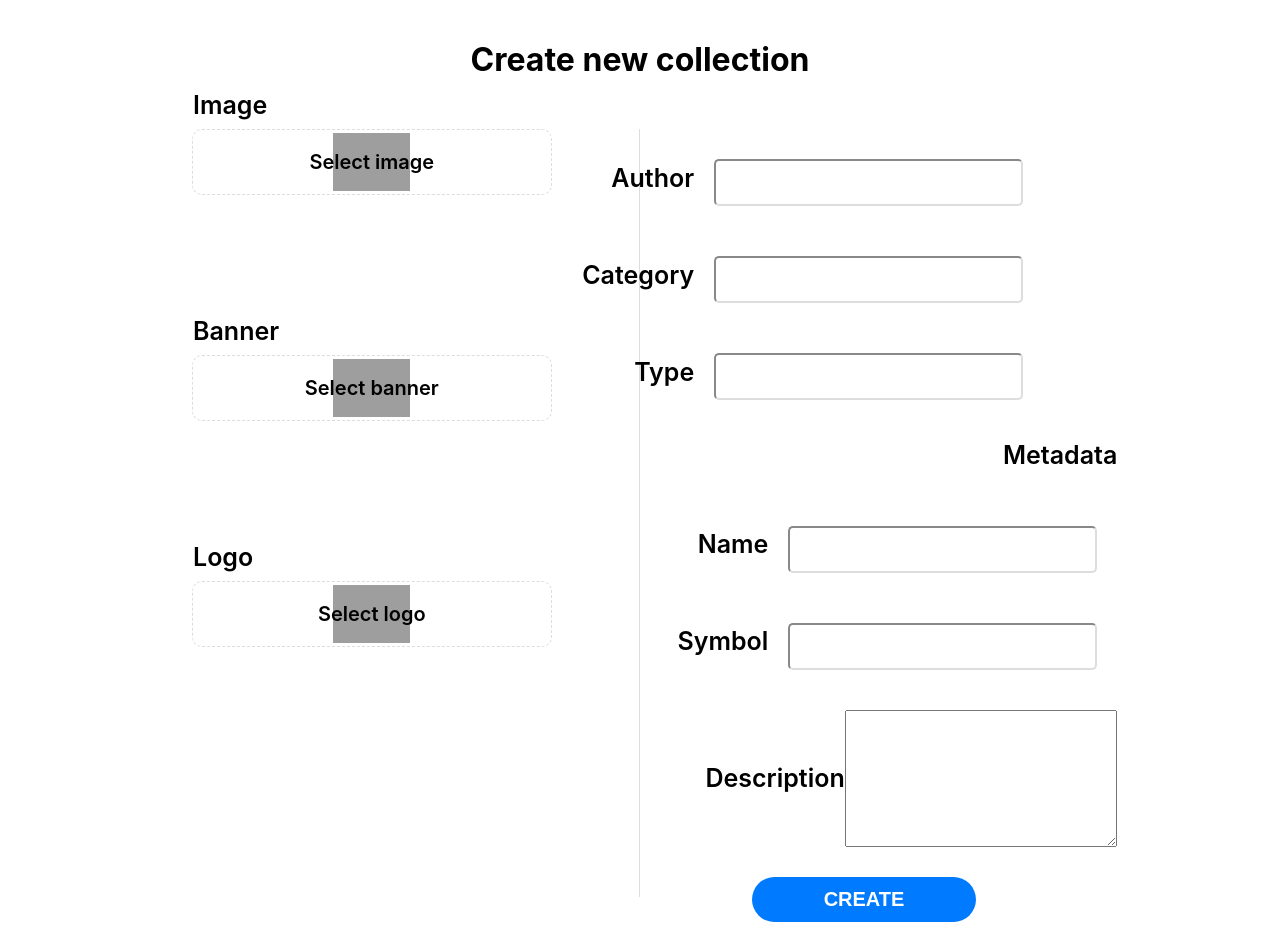
Repository: superHotBob/admin_nftillion
Page: /createcollection
These files come from the project's save history. The page is drawn as it stood at one moment and after the next save; the edit follows.
The browser window is 1280 px wide. The pictures show the whole page.
Pictures or frames that could not be fetched are drawn as grey boxes. The project was rebuilt for these pictures with package versions that can differ from the ones it lists, and the page was loaded fresh each time. Also part of the build but not shown: src/components/Login/styles.scss, src/components/Login/index.js, src/components/NavPanel/styles.scss, src/components/NavPanel/index.js, src/components/Users/index.js, src/components/Collections/index.js, src/components/Preminted/styles.scss, src/components/Preminted/index.js.

Above is the page before, as saved 2022-04-27 08:25:28.

After the next save:
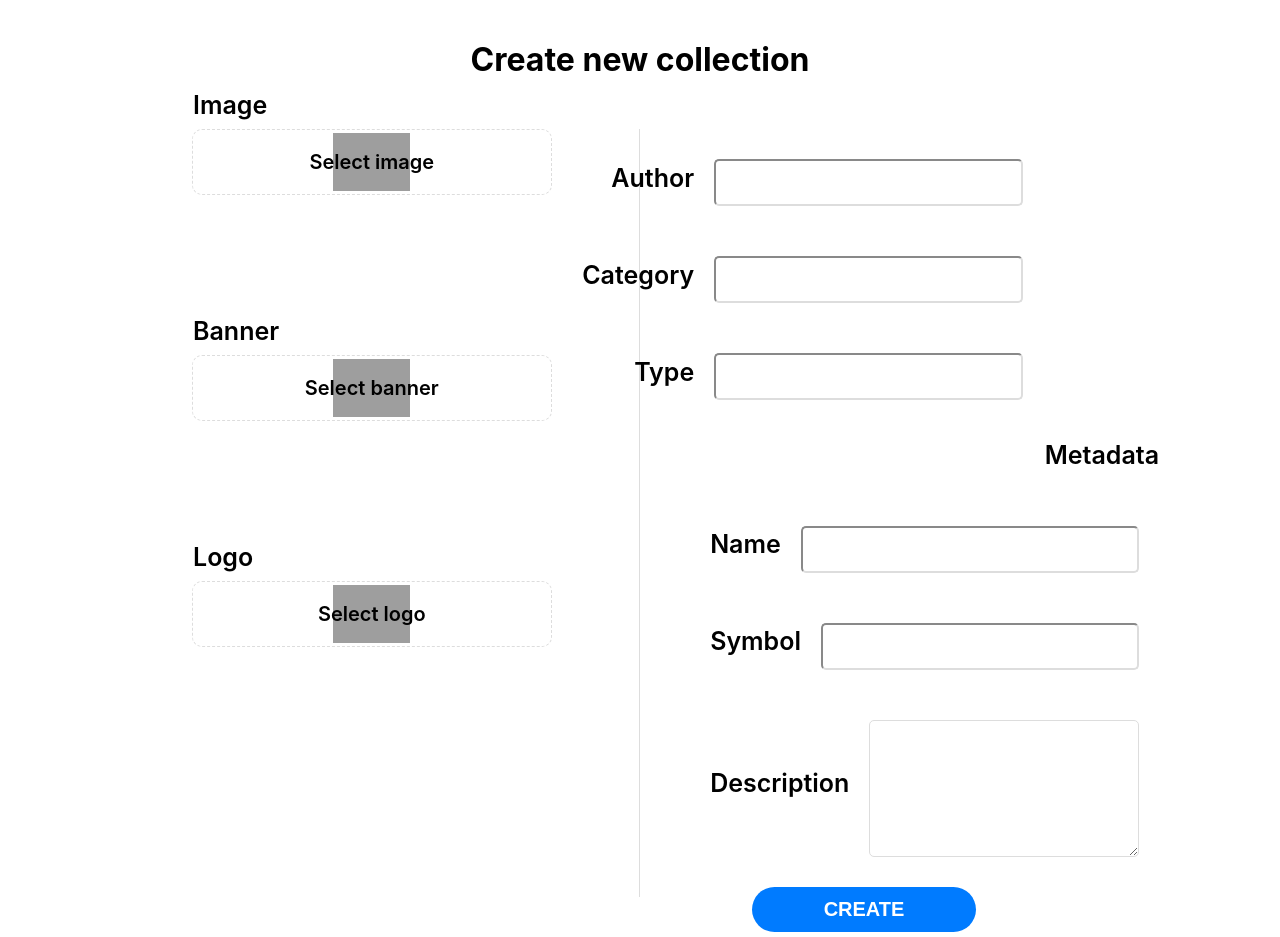
Saved 30 s later.
--- a/src/components/CreateCollection/styles.scss
+++ b/src/components/CreateCollection/styles.scss
@@ -67,7 +67,7 @@
             align-items: center;
             text-align: left;
             font-weight: 600;
-            input {
+            input, textarea {
                 display: block;
                 border-radius: 5px;
                 padding: 10px 20px;
